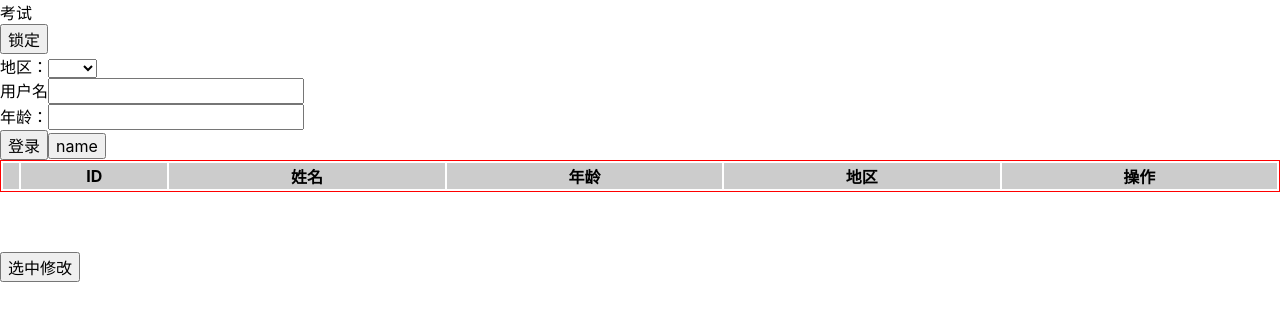
Repository: Sjl-2114/2006z
Page: / (app in A卷/vue-kaoshi/)
An editor plug-in stored every save of this project. The page is shown before and after the next save, followed by the edit.
The browser window is 1280 px wide. The pictures show the whole page.
The project was rebuilt for these pictures with package versions that can differ from the ones it lists, and the page was loaded fresh each time.

Above is the page before, as saved 2021-04-28 17:10:45.

After the next save:
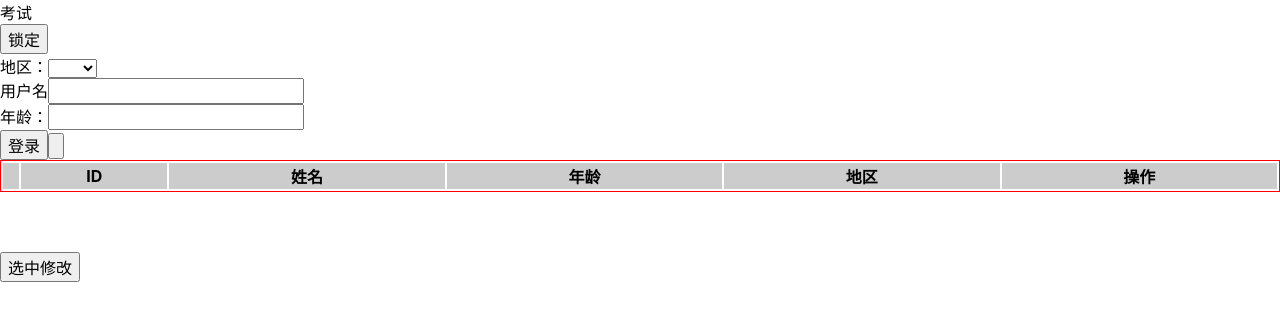
Saved 5 s later.
--- a/A卷/vue-kaoshi/src/App.vue
+++ b/A卷/vue-kaoshi/src/App.vue
@@ -25,7 +25,7 @@
     <button @click="abb" v-if="isShow" :disabled="isT">登录</button>
     <button v-else @click="xiu" :disabled="isT">修改</button>
     <button @click="pai">
-          name
+          <van-icon ></van-icon>
     </button>
     <br />
     <table style="width: 100%" class="table">
